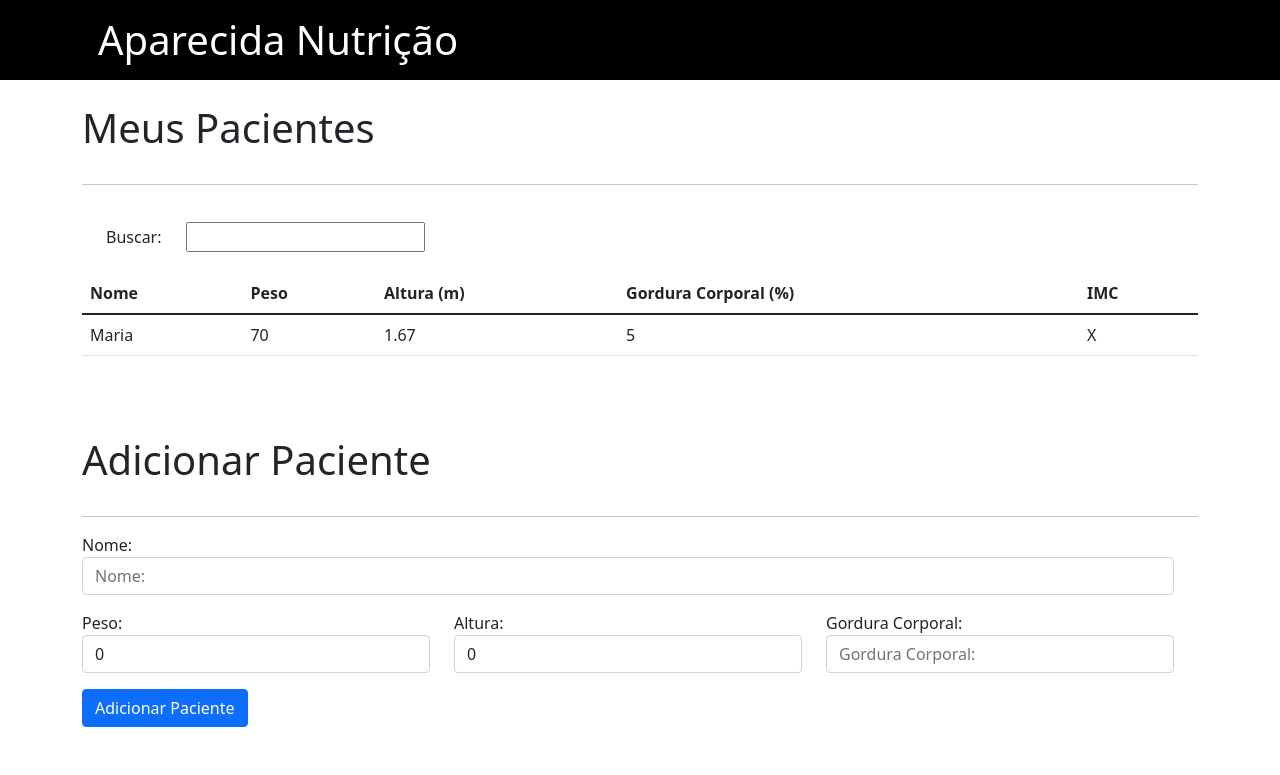
Repository: eversonps/app-paciente
Page: / (app in frontend/)
These files come from the project's save history. The page is drawn as it stood at one moment and after the next save; the edit follows.
The browser window is 1280 px wide. The pictures show the whole page.
The project was rebuilt for these pictures with package versions that can differ from the ones it lists, and the page was loaded fresh each time.

Above is the page before, as saved 2022-03-28 18:23:04.

### frontend/src/index.js
import React from 'react';
import ReactDOM from 'react-dom';
import './index.css';
import App from './App';
import  '../node_modules/bootstrap/dist/css/bootstrap.min.css'

ReactDOM.render(
    <App />,
    document.getElementById('root')
);

### frontend/src/App.jsx
import Header from "./components/Header";
import MyPacients from "./components/MyPacients";
import Main from "./components/Main"
import AddPacient from "./components/AddPacient";

function App() {
  return (
    <div className="App">
        <Header></Header>
        <Main>
            <MyPacients></MyPacients>
            <AddPacient></AddPacient>
        </Main>
    </div>
  );
}

export default App;

### frontend/src/components/Header.jsx
import React from "react";

export default props => {
    return (
        <header className="bg-black">
            <div className="container">
                <h1 className="text-white p-3">Aparecida Nutrição</h1>
            </div>
        </header>
    )
}

### frontend/src/components/MyPacients.jsx
import React from "react";
import FilterPacients from "../Templates/FilterPacients";
import Table from "../Templates/Table";
import Title from "../Templates/Title";

export default props => (
    <div>
        <Title name="Meus Pacientes"></Title>

        <FilterPacients></FilterPacients>
        <Table></Table>
    </div>
)

### frontend/src/components/Main.jsx
import React from "react";

export default props => (
    <main className="container">
        {props.children}
    </main>
)

### frontend/src/components/AddPacient.jsx
import React from "react";
import FormPacients from "../Templates/FormPacients";
import Title from "../Templates/Title"
import Button from "../Templates/Button";

export default props => (
    <div className="py-5">
        <Title name="Adicionar Paciente"></Title>
        <FormPacients></FormPacients>
        <div className="mt-3">
            <Button type="primary" name="Adicionar Paciente"></Button>
        </div>
    </div>
)

### frontend/src/Templates/FilterPacients.jsx
import React from "react";

export default props => (
    <div>
        <label className="m-4">Buscar: </label>
        <input type="text" />
    </div>
)

### frontend/src/Templates/Table.jsx
import React from "react";

export default props => (
    <div>
        <table className="table">
        <thead className="thead-dark">
            <tr>
                <th scope="col">Nome</th>
                <th scope="col">Peso</th>
                <th scope="col">Altura (m)</th>
                <th scope="col">Gordura Corporal (%)</th>
                <th scope="col">IMC</th>
            </tr>
        </thead>
        <tbody>
            <tr>
                <td>Maria</td>
                <td>70</td>
                <td>1.67</td>
                <td>5</td>
                <td>X</td>
            </tr>
            </tbody>
        </table>
    </div>

)

### frontend/src/Templates/Title.jsx
import React from "react";

export default props => (
    <div>
        <h1 className="pt-3 py-3">{props.name}</h1>
        <hr />
    </div>
)

### frontend/src/Templates/FormPacients.jsx
import React, { Component, useState } from "react";

export default props =>{
    const initialState = {
        nome: "",
        peso: 0,
        altura: 0,
        gordura: 0
    }

    const [camposForm, setCamposForm] = useState(initialState)

    const updateValue = (e) =>{
        console.log(e)
        setCamposForm({
            ...camposForm,
            [e.target.name]: e.target.value
        })
    }

    return (
        <form>
            <div className="row">
                <div className="row mb-3">
                    <div className="col">
                        <label>Nome:</label>
                        <input type="text" name="nome" className="form-control" onChange = {e => updateValue(e)} placeholder="Nome:" value={camposForm.nome}/>
                    </div>
                </div>
                <div className="row">
                    <div className="col col-xs-12">
                        <label>Peso:</label>
                        <input type="number" name="peso" className="form-control" onChange = {e => updateValue(e)} placeholder="Peso:" value={camposForm.peso}/>
                    </div>
                    <div className="col col-xs-12">
                        <label>Altura:</label>
                        <input type="number" name="altura" className="form-control" onChange = {e => updateValue(e)} placeholder="Altura:" value={camposForm.altura}/>
                    </div>
                    <div className="col col-xs-12">
                        <label>Gordura Corporal:</label>
                        <input type="number" name="gordura" className="form-control" onChange = {e => updateValue(e)} placeholder="Gordura Corporal:" value={camposForm.gorduraCorporal}/>
                    </div>
                </div>
            </div>
        </form>
    )
}

### frontend/src/Templates/Button.jsx
import React from "react";

export default props => (
    <button type="button" className={`btn btn-${props.type}`}>{props.name}</button>
)

Loaded but not shown: frontend/public/index.html (common file); frontend/src/index.css (common file)

After the next save:
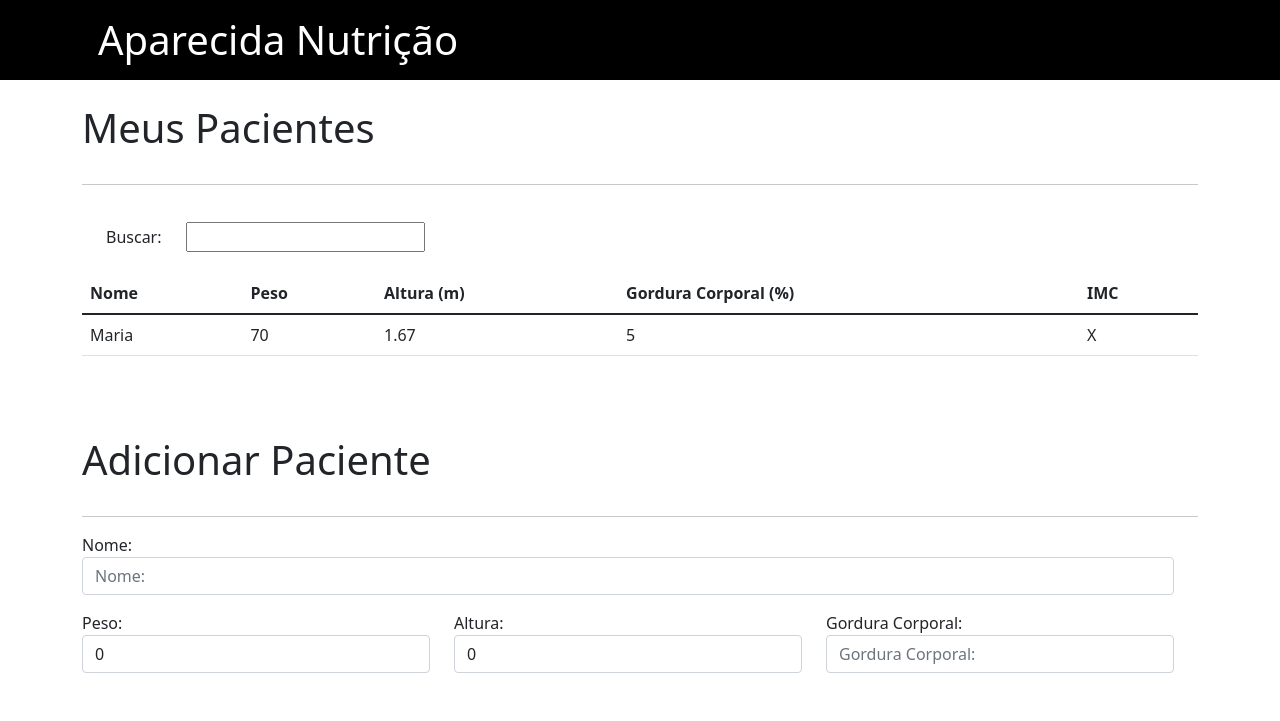
Saved 71 s later.
--- a/frontend/src/components/AddPacient.jsx
+++ b/frontend/src/components/AddPacient.jsx
@@ -7,8 +7,5 @@ export default props => (
     <div className="py-5">
         <Title name="Adicionar Paciente"></Title>
         <FormPacients></FormPacients>
-        <div className="mt-3">
-            <Button type="primary" name="Adicionar Paciente"></Button>
-        </div>
     </div>
 )

After the 3 saves that followed:
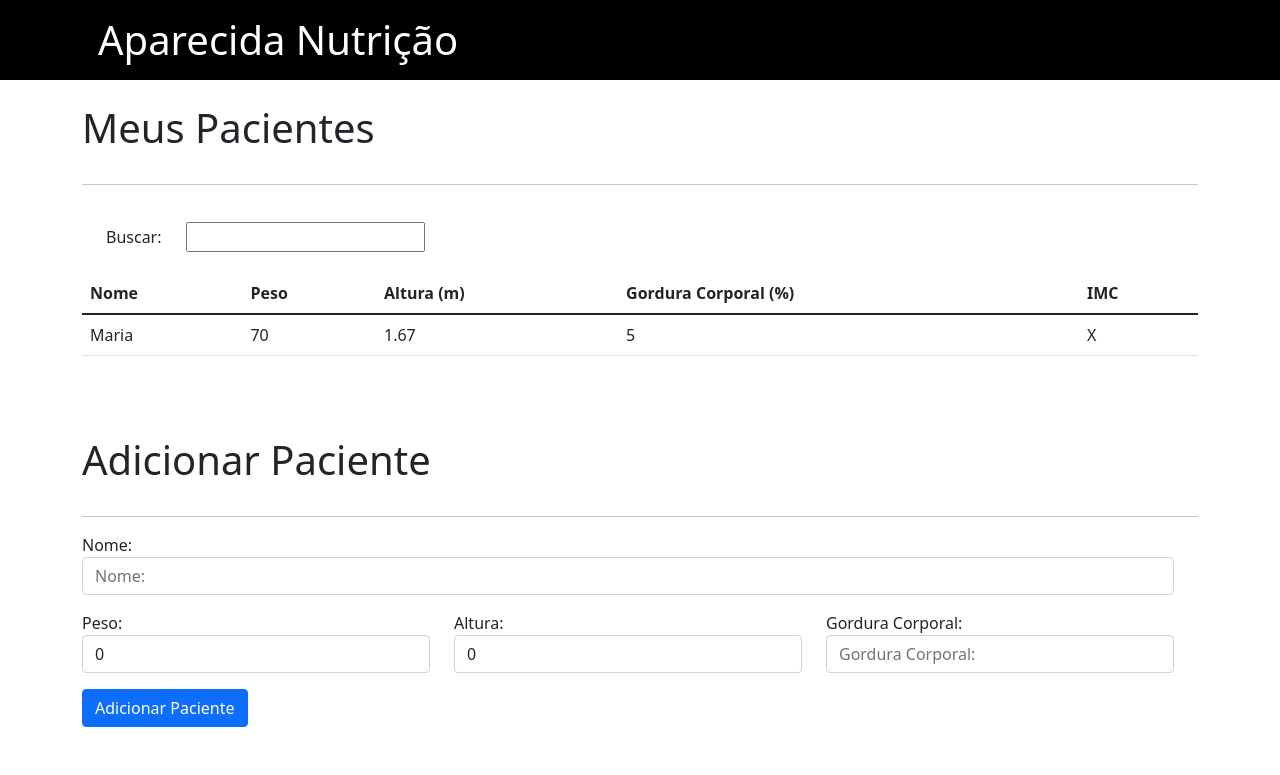
The 3 saves are shown as one change because 1 did not build or start and some came seconds apart.
The last was saved 20 s later.
--- a/frontend/src/Templates/FormPacients.jsx
+++ b/frontend/src/Templates/FormPacients.jsx
@@ -1,4 +1,5 @@
 import React, { Component, useState } from "react";
+import Button from "./Button";
 
 export default props =>{
     const initialState = {
@@ -41,6 +42,9 @@ export default props =>{
                         <input type="number" name="gordura" className="form-control" onChange = {e => updateValue(e)} placeholder="Gordura Corporal:" value={camposForm.gorduraCorporal}/>
                     </div>
                 </div>
+                <div className="mt-3">
+                    <Button type="primary" name="Adicionar Paciente"></Button>
+                </div>
             </div>
         </form>
     )
